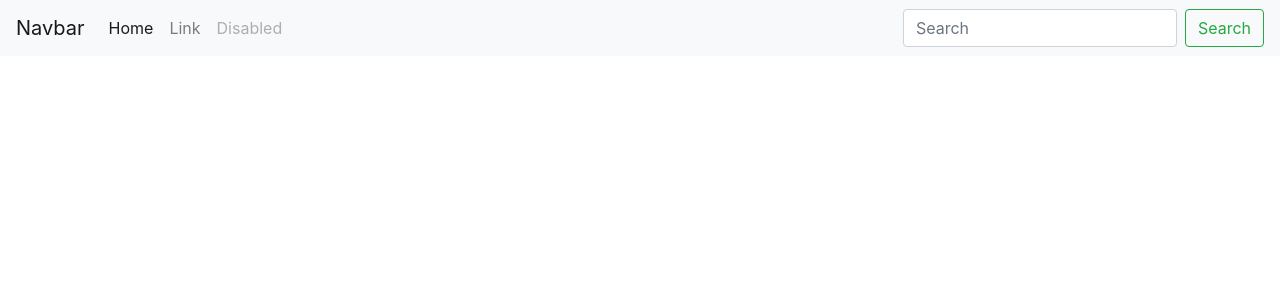
Repository: Janellle/KittenMittens
Page: http://localhost/
The author's editor kept a record of every edit. The page is drawn from the files as they stood at one moment, then again after the next edit.
The browser window is 1280 px wide. The pictures show the whole page.
The page is served by the project's Node server (app.js).

Above is the page before.
Not found: rps.js

After the next edit:
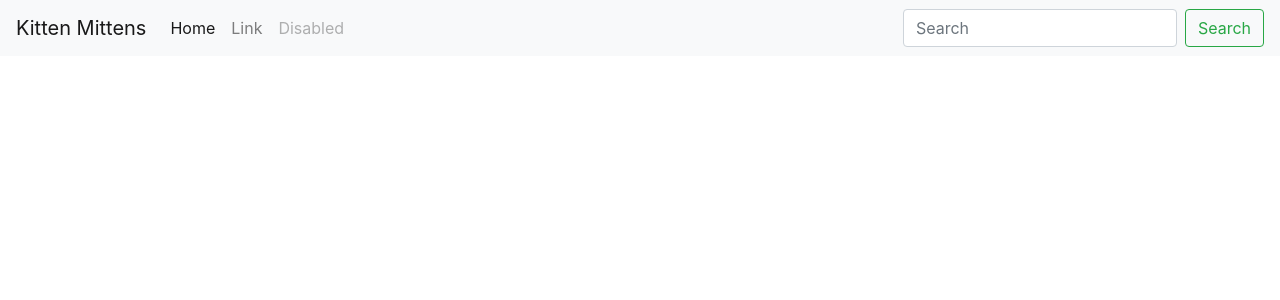
The edit:
--- a/views/index.html
+++ b/views/index.html
@@ -7,8 +7,8 @@
     </head>
 
     <body>
-            <nav class="navbar navbar-expand-lg navbar-light bg-light">
-              <a class="navbar-brand" href="#">Navbar</a>
+        <nav class="navbar navbar-expand-lg navbar-light bg-light">
+              <a class="navbar-brand" href="#">Kitten Mittens</a>
               <button class="navbar-toggler" type="button" data-toggle="collapse" data-target="#navbarTogglerDemo02" aria-controls="navbarTogglerDemo02" aria-expanded="false" aria-label="Toggle navigation">
                 <span class="navbar-toggler-icon"></span>
               </button>
